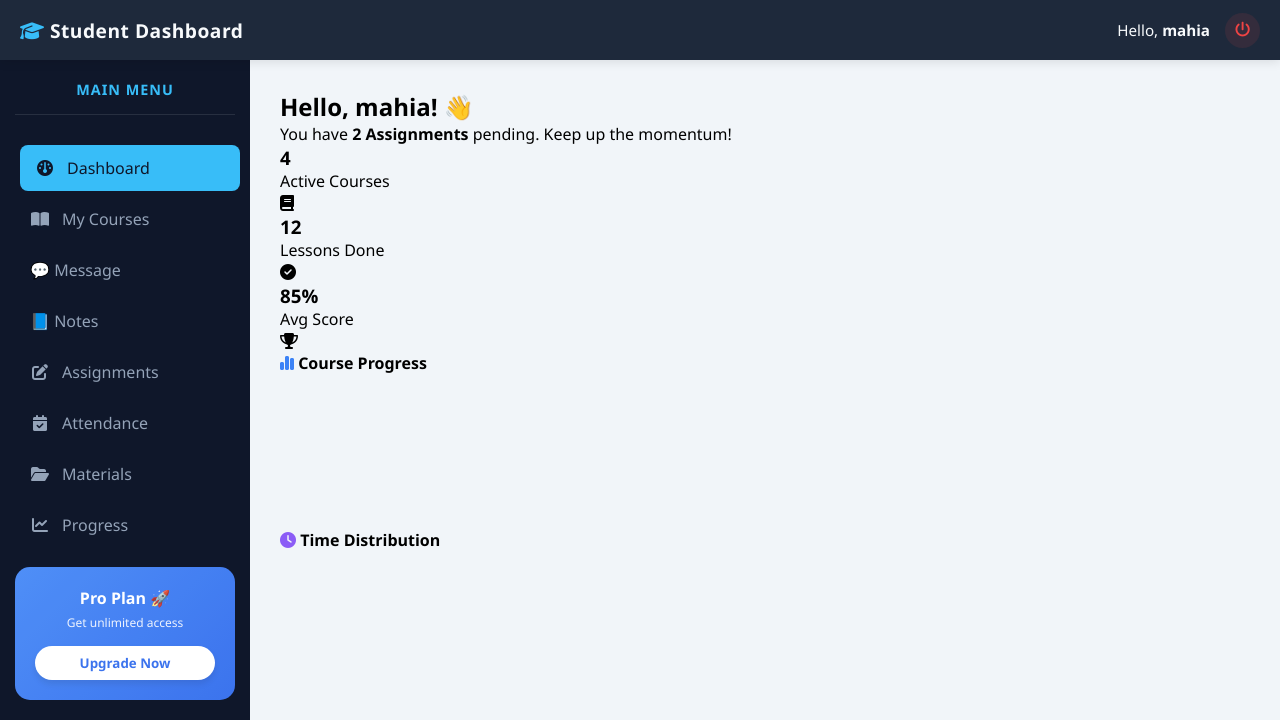
Repository: Mahendher979Python/lms-project
Page: http://localhost/student/dashboard/
The author's editor kept a copy of each file at every save. The page is drawn from the files as they stood at one save, then again after the next save.
The browser window is 1280 px wide. The pictures show the whole page.
An inner scrolling area shows only its first screen. The page is served by the project's application, run on Django 5.2 (lmsbuild/manage.py). The first stored user is signed in. The page reads the database file committed with the project.

Above is the page before, as saved 2026-01-21 21:41:39.
Console error: ReferenceError: Chart is not defined

After the next save:
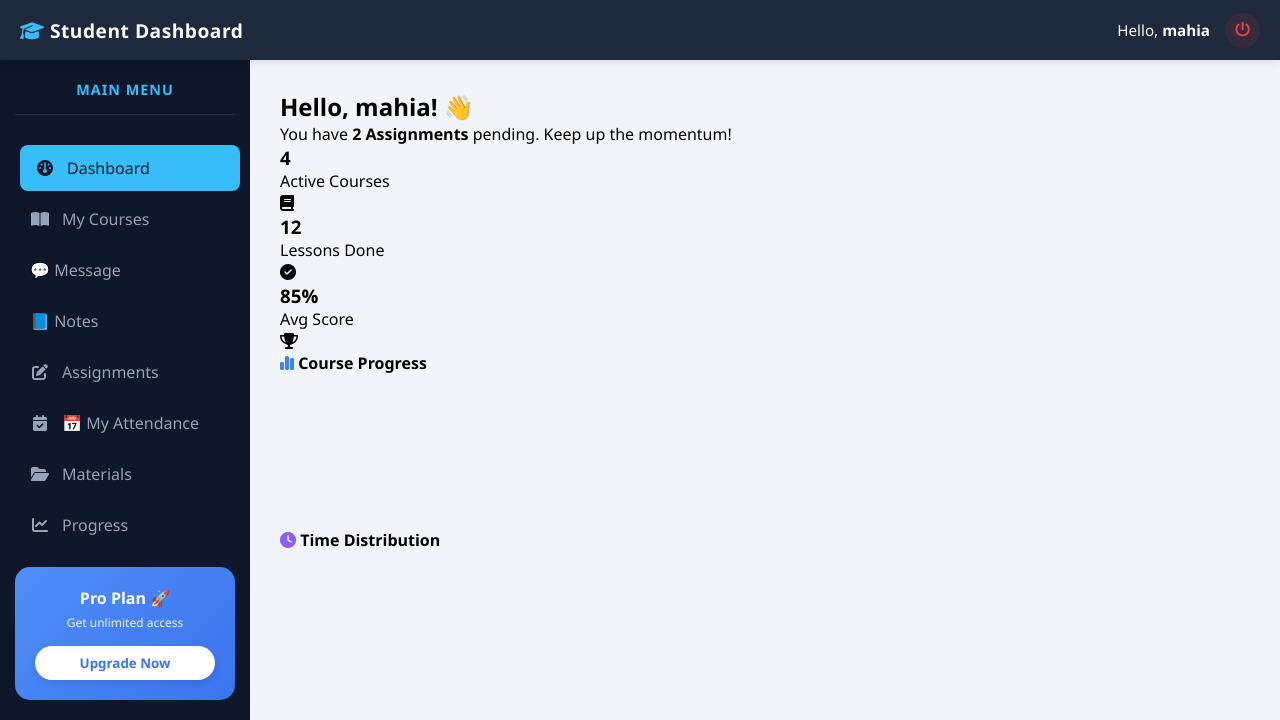
Saved 69 s later.
--- a/lmsbuild/templates/accounts/student/base.html
+++ b/lmsbuild/templates/accounts/student/base.html
@@ -226,7 +226,8 @@
                 <a href="{% url 'student_notes_list' %}">📘 Notes</a>
 
                 <a href="#"><i class="fa-solid fa-pen-to-square"></i> Assignments</a>
-                <a href="#"><i class="fa-solid fa-calendar-check"></i> Attendance</a>
+                <a href="{% url 'student_attendance' %}"><i class="fa-solid fa-calendar-check"></i>📅 My Attendance</a>
+</a>
                 <a href="#"><i class="fa-solid fa-folder-open"></i> Materials</a>
                 <a href="#"><i class="fa-solid fa-chart-line"></i> Progress</a>
             </div>
